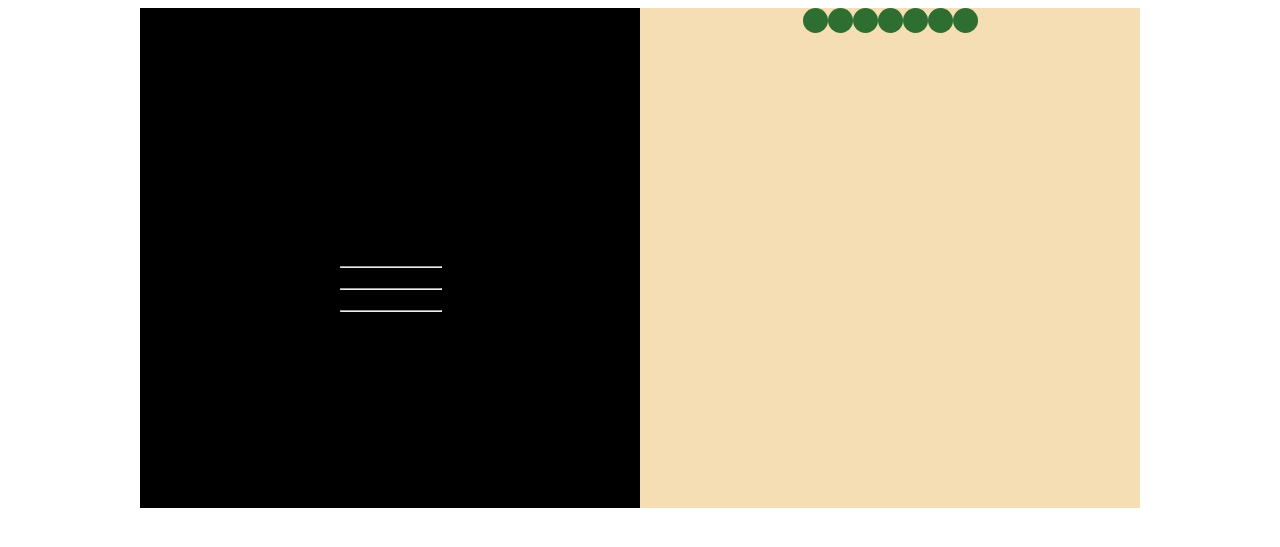
Repository: batonAnton/Hw-Lec10-animation
Page: index.html
The author's editor kept a copy of each file at every save. The page is drawn from the files as they stood at one save, then again after the next save.
The browser window is 1280 px wide. The pictures show the whole page.

Above is the page before, as saved 2022-07-16 14:59:00.

### index.html
<!DOCTYPE html>
<html lang="en">
<head>
    <meta charset="UTF-8">
    <meta http-equiv="X-UA-Compatible" content="IE=edge">
    <meta name="viewport" content="width=device-width, initial-scale=1.0">
    <link rel="stylesheet" href="css/style.css">
    <title>Animation</title>
</head>
<body>
        <div class="wrapper">
            <div class="block">
                <div class="cross-line">
                    <hr class="first-line">
                    <hr class="second-line">
                    <hr class="third-line">
                </div>
            </div>
            <div class="allcircle">
                <div class="circle1 circle"></div>
                <div class="circle2 circle"></div>
                <div class="circle3 circle"></div>
                <div class="circle4 circle"></div>
                <div class="circle5 circle"></div>
                <div class="circle6 circle"></div>
                <div class="circle7 circle"></div>
            </div>
        </div>
</body>
</html>

### css/style.css
.wrapper{
    display:flex;
    justify-content: center;
    position: relative;
}
.block{
    background-color: black;
    width: 500px;
    height: 500px;
    display:flex;
    justify-content: center;
}

.cross-line{
    width: 100px;
    height: 100px;
    top: 50%;
    position:absolute;
}

hr{
    background-color: #fff;
    width: 100px;
}

.second-line{
    margin-bottom: 20px;
    margin-top: 20px;
    transition: all 0.3s ease-in-out;

}

.second-line{
    transition: all 0.3s ease-in-out;

}

.third-line{
    transition: all 0.3s ease-in-out;
}





.cross-line:hover .first-line {
    box-shadow: 0.4em 0 0.6em 0.2em rgb(190, 40, 204);
    transition: all 0.3s ease-in-out;
    transform: translateY(18px) translateX(0px) rotate(45deg);


}
.cross-line:hover .second-line {
    transition: all 0.3s ease-in-out;
    box-shadow: 0.4em 0 0.6em 0.2em rgb(190, 40, 204);
    transform: translateY(-3px) translateX(0px) rotate(-45deg);
}

.cross-line:hover .third-line{
    transition: all 0.3s ease-in-out;
    transform: translateY(-26px) translateX(0px) rotate(-45deg);
}

/* circle */

.allcircle{
    background-color: wheat;
    height: 500px;
    width: 500px;
    display: flex;
    justify-content: center;
    align-items: c;
}
.circle{
    border-radius: 50%;
    width: 25px;
    height: 25px;
    background-color: rgb(46, 111, 49);
}

After the next save:
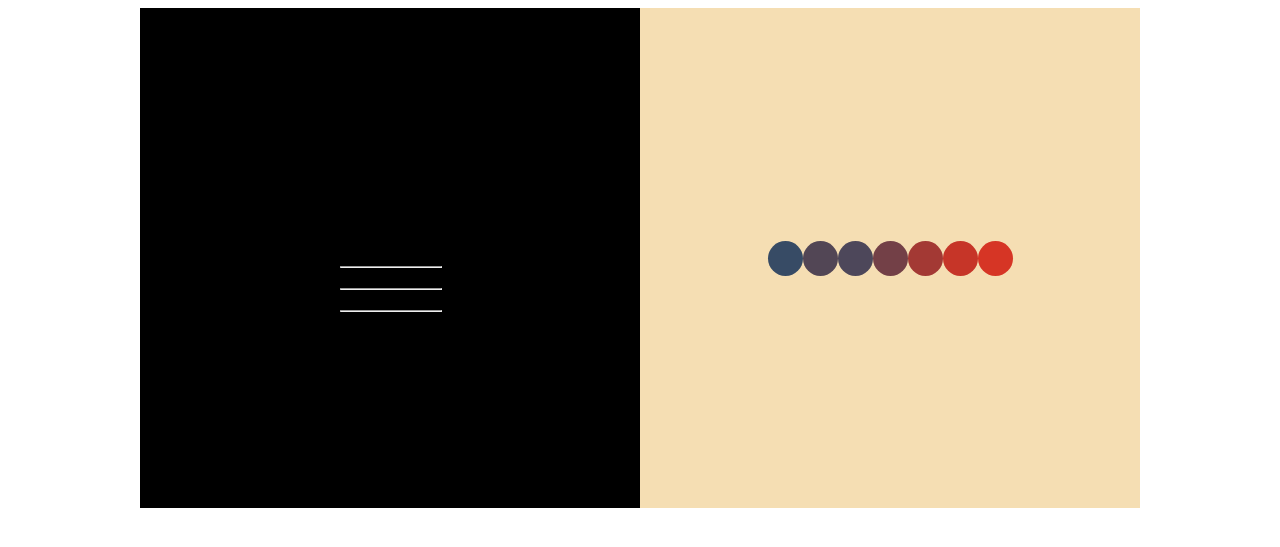
Saved 2 min 47 s later.
--- a/css/style.css
+++ b/css/style.css
@@ -69,11 +69,36 @@ hr{
     width: 500px;
     display: flex;
     justify-content: center;
-    align-items: c;
+    align-items: center;
 }
 .circle{
     border-radius: 50%;
-    width: 25px;
-    height: 25px;
+    width: 35px;
+    height: 35px;
     background-color: rgb(46, 111, 49);
 }
+
+.circle:nth-child(1){
+    background-color: rgb(55,75,101);
+    animation-name: circle1;
+    animation-duration: ;
+}
+
+.circle:nth-child(2){
+    background-color: rgb(82,70,85);
+}
+.circle:nth-child(3){
+    background-color: rgb(77,71,90);
+}
+.circle:nth-child(4){
+    background-color: rgb(115,64,71);
+}
+.circle:nth-child(5){
+    background-color: rgb(163,57,52);
+}
+.circle:nth-child(6){
+    background-color: rgb(198,53,40);
+}
+.circle:nth-child(7){
+    background-color: rgb(214,53,37);
+}
